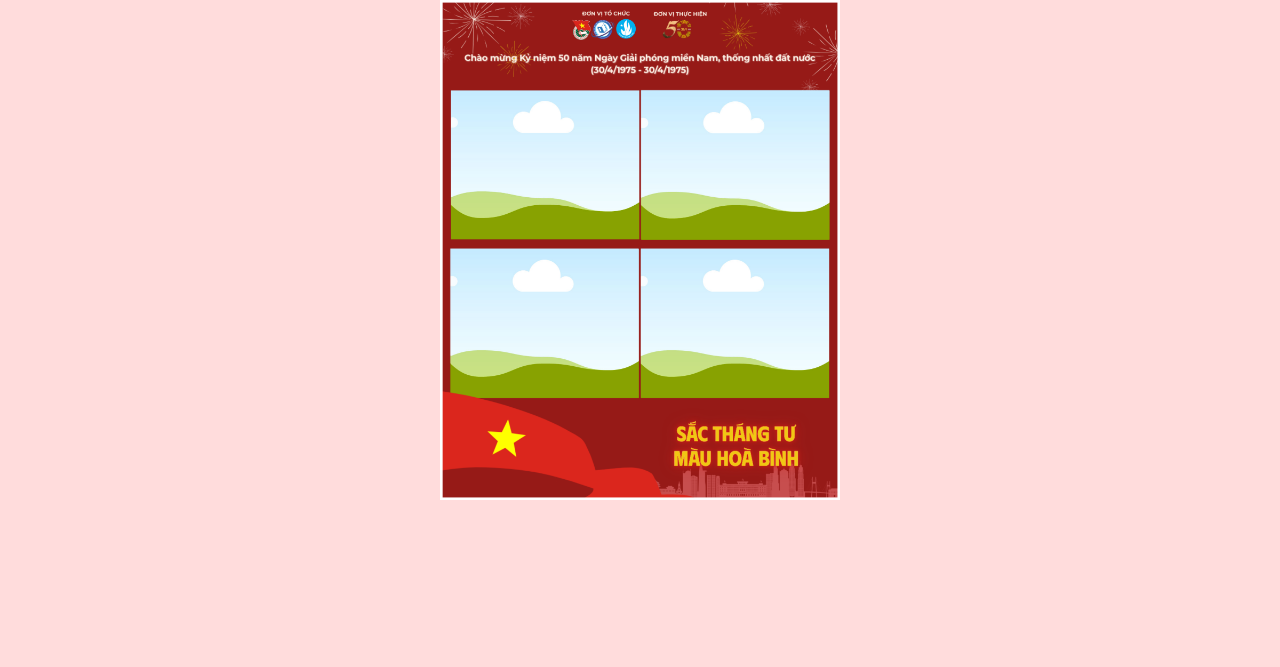
Repository: nguyentambinh/tuoitretdmu
Page: http://localhost/
The author's editor kept a copy of each file at every save. The page is drawn from the files as they stood at one save, then again after the next save.
The browser window is 1280 px wide. The pictures show the whole page.
The page is run by PHP 8.4 with error messages shown; the project is at /var/www/html/.

Above is the page before, as saved 2025-04-10 12:38:55.

After the next save:
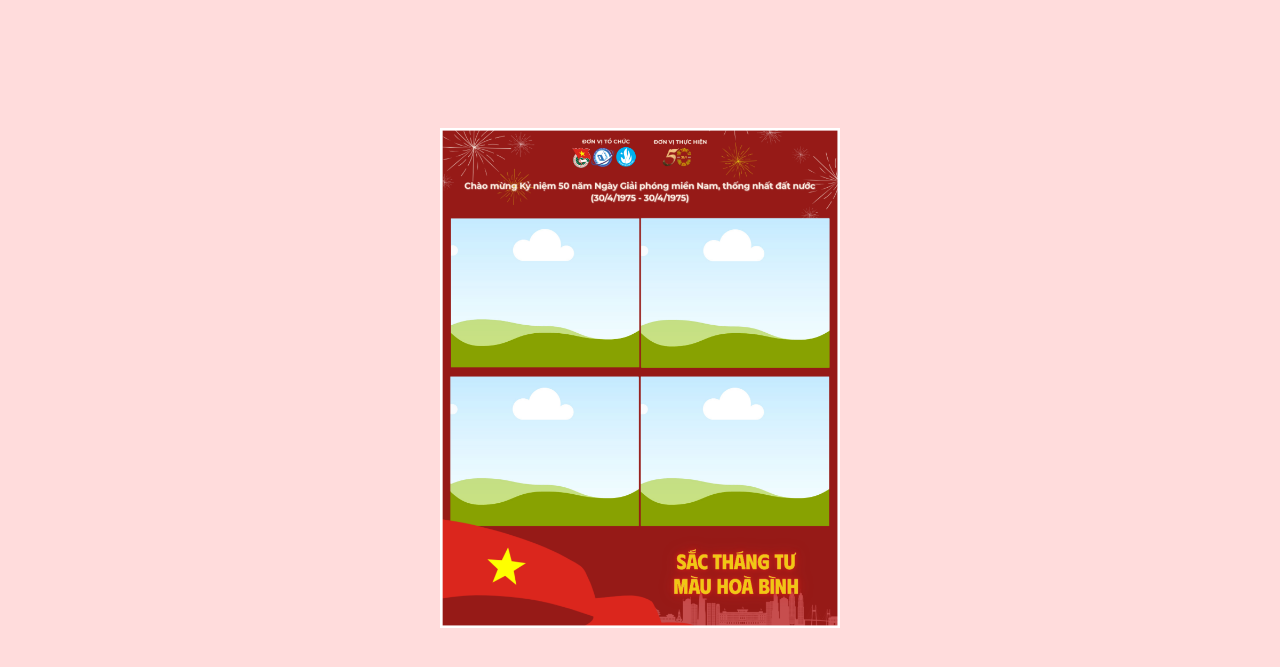
Saved 4 s later.
--- a/main.css
+++ b/main.css
@@ -2,7 +2,7 @@
     background-color: #ffdcdc;
     width: 80%;
     margin: 0 auto;
-    mar
+    margin-top: 10%;
     align-items: center;
     display: flex;
     justify-content: center;
